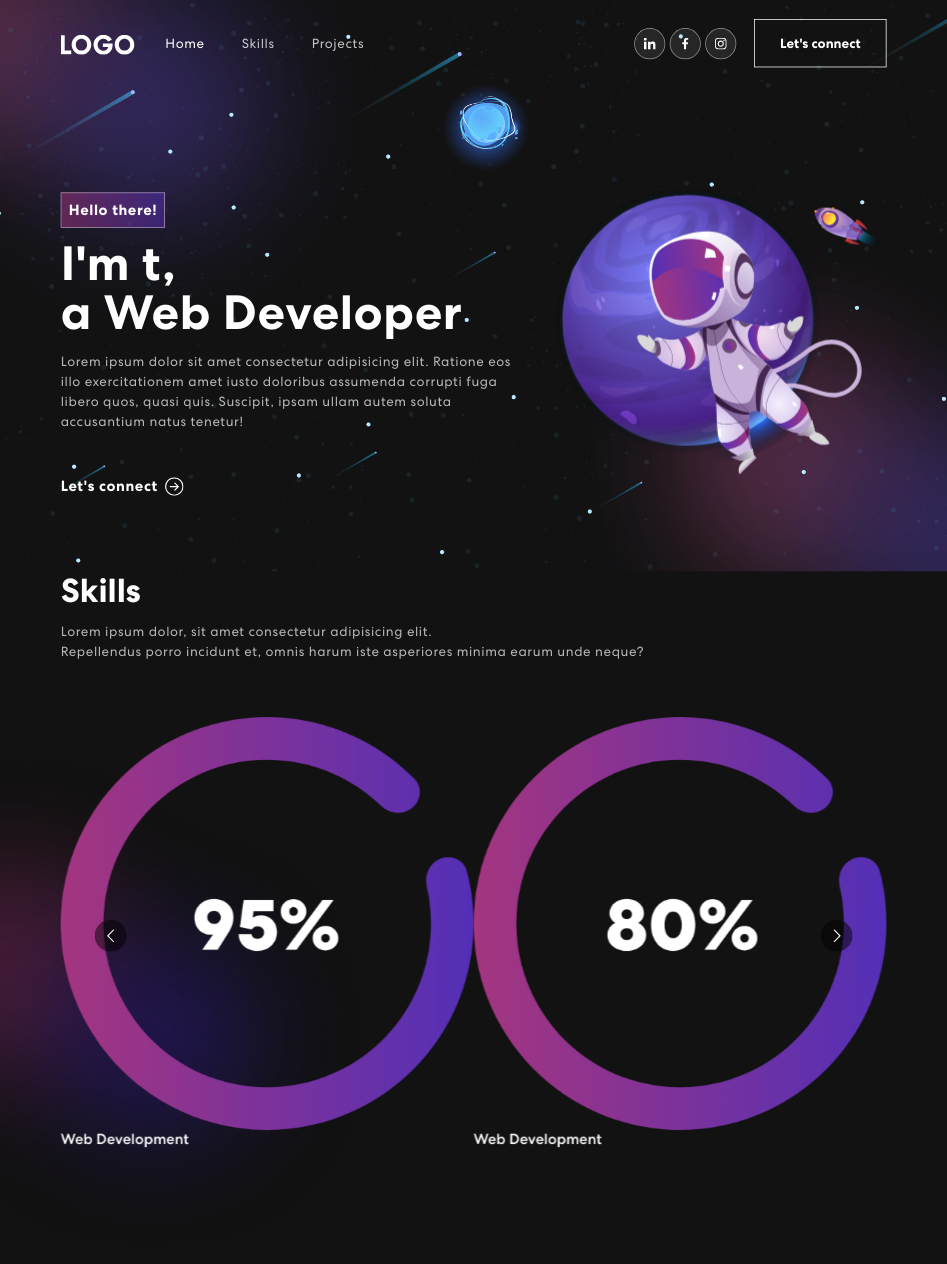
Repository: tynoschuck/personal-space-portfolio
Page: /
The author's editor kept a copy of each file at every save. The page is drawn from the files as they stood at one save, then again after the next save.
The browser window is 1280 px wide. The pictures show the whole page, at 74% of full size.
The project was rebuilt for these pictures with package versions that can differ from the ones it lists, and the page was loaded fresh each time.

Above is the page before, as saved 2023-01-02 13:13:45.

After the next save:
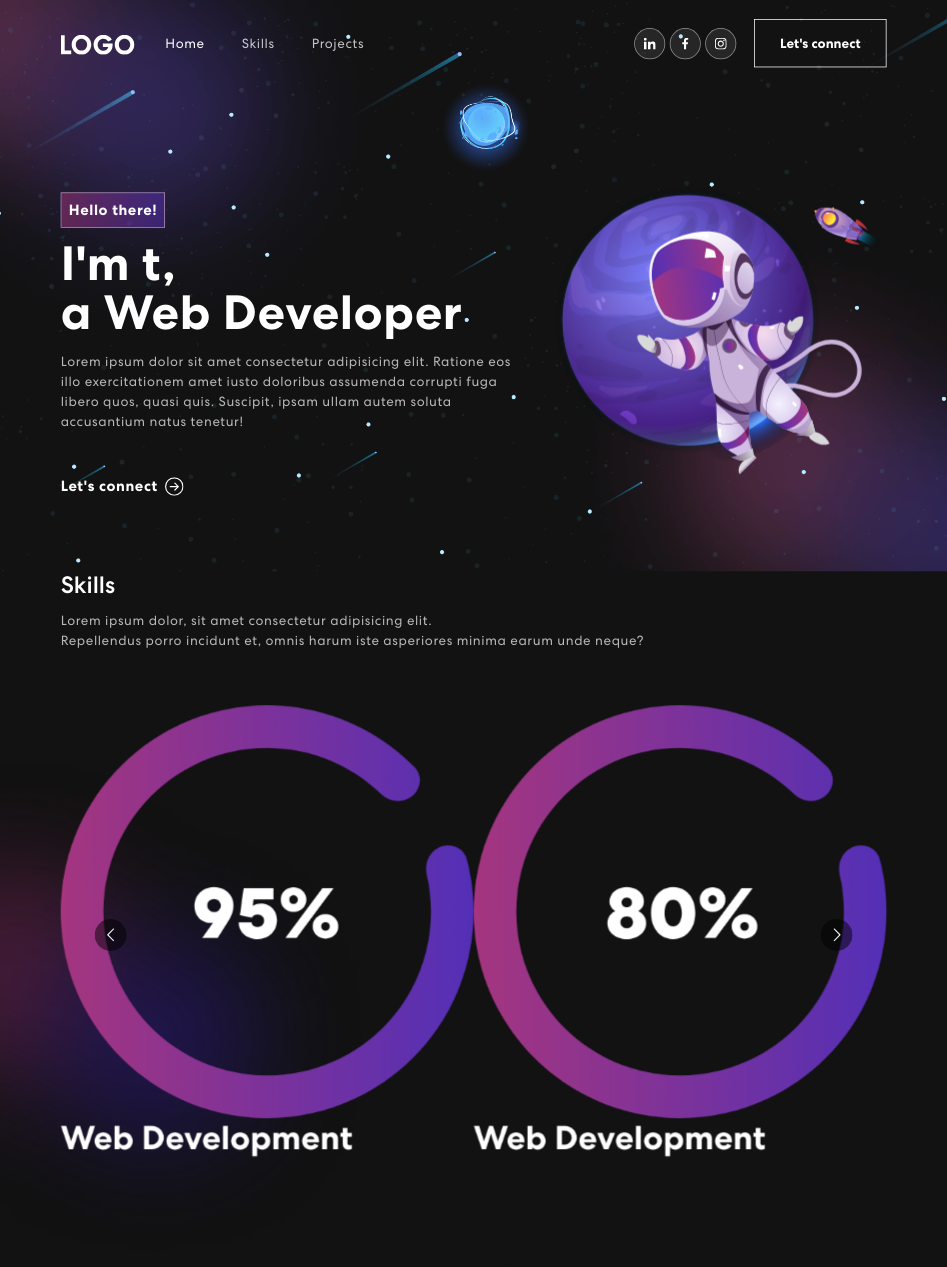
Saved 8 min 23 s later.
--- a/src/App.css
+++ b/src/App.css
@@ -300,7 +300,7 @@ nav.navbar .navbar-toggler[aria-expanded="true"] .navbar-toggler-icon {
   padding: 60px 50px;
   margin-top: -60px;
 }
-.skill h2 {
+.skill h5 {
 	font-size: 45px;
 	font-weight: 700;
 }
